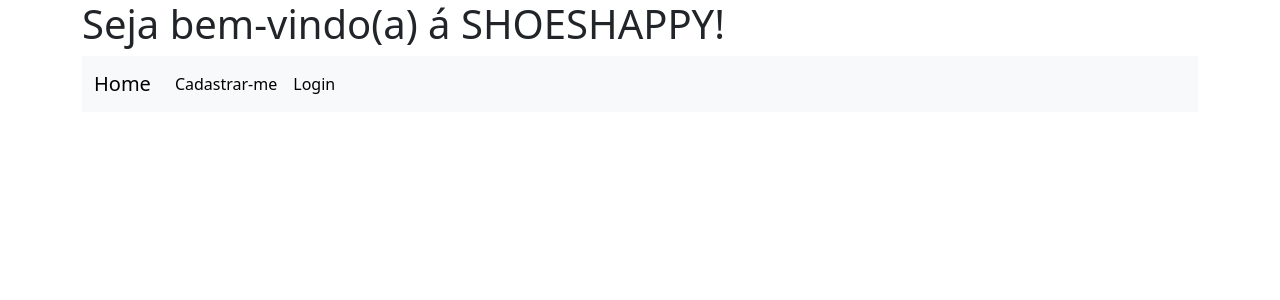
Repository: DianeMascarello/Uc09Senai
Page: http://localhost/SA3Uc09/
An editor plug-in stored every save of this project. The page is shown before and after the next save, followed by the edit.
The browser window is 1280 px wide. The pictures show the whole page.
The page is served by Tomcat 10. Other server files are loaded and not shown.

Above is the page before, as saved 2023-08-14 01:14:47.

### SA3Uc09/src/main/webapp/index.jsp
<%@ page language="java" contentType="text/html; charset=UTF-8"
	pageEncoding="UTF-8"%>
<!DOCTYPE html>
<html>
<head>
<meta charset="UTF-8">
<link>
<title>SHOESHAPPY</title>
<link
	href="https://cdn.jsdelivr.net/npm/bootstrap@5.3.1/dist/css/bootstrap.min.css"
	rel="stylesheet"
	integrity="sha384-4bw+/aepP/YC94hEpVNVgiZdgIC5+VKNBQNGCHeKRQN+PtmoHDEXuppvnDJzQIu9"
	crossorigin="anonymous">

</head>
<body>
	<div class="container">

		<h1>Seja bem-vindo(a) á SHOESHAPPY!</h1>
		<nav class="navbar navbar-expand-lg bg-body-tertiary">
			<div class="container-fluid">
				<a class="navbar-brand" href="index.jsp">Home</a>
				<button class="navbar-toggler" type="button"
					data-bs-toggle="collapse" data-bs-target="#navbarSupportedContent"
					aria-controls="navbarSupportedContent" aria-expanded="false"
					aria-label="Toggle navigation">
					<span class="navbar-toggler-icon"></span>
				</button>
				<div class="collapse navbar-collapse" id="navbarSupportedContent">
					<ul class="navbar-nav me-auto mb-2 mb-lg-0">
						<li class="nav-item"><a class="nav-link active"
							aria-current="page" href="#">Cadastrar-me</a></li>
						<li class="nav-item"><a class="nav-link active"
							aria-current="page" href="login.jsp">Login</a></li>
				</div>
			</div>
	</div>
	</nav>
	<script
		src="https://cdn.jsdelivr.net/npm/bootstrap@5.3.1/dist/js/bootstrap.bundle.min.js"
		integrity="sha384-HwwvtgBNo3bZJJLYd8oVXjrBZt8cqVSpeBNS5n7C8IVInixGAoxmnlMuBnhbgrkm"
		crossorigin="anonymous"></script>
</body>
</html>

After the next save:
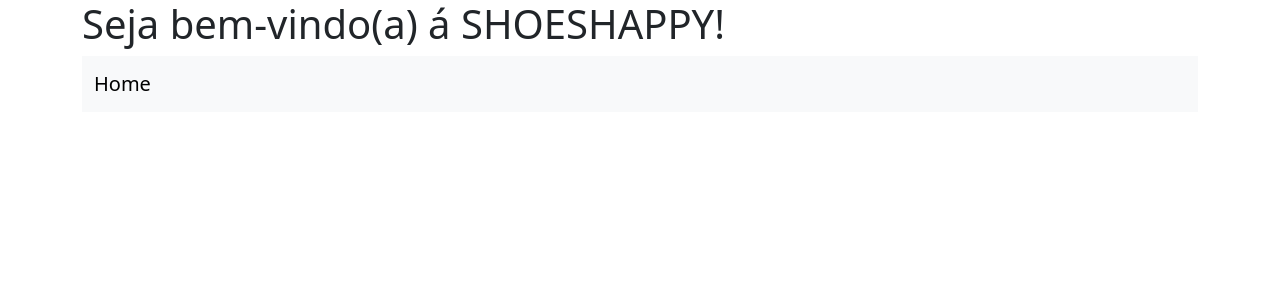
Saved 3 min 28 s later.
--- a/SA3Uc09/src/main/webapp/index.jsp
+++ b/SA3Uc09/src/main/webapp/index.jsp
@@ -26,16 +26,17 @@
 					aria-label="Toggle navigation">
 					<span class="navbar-toggler-icon"></span>
 				</button>
-				<div class="collapse navbar-collapse" id="navbarSupportedContent">
-					<ul class="navbar-nav me-auto mb-2 mb-lg-0">
-						<li class="nav-item"><a class="nav-link active"
-							aria-current="page" href="#">Cadastrar-me</a></li>
-						<li class="nav-item"><a class="nav-link active"
-							aria-current="page" href="login.jsp">Login</a></li>
-				</div>
 			</div>
+		</nav>
+		<div class="collapse navbar-collapse" id="navbarSupportedContent">
+			<ul class="navbar-nav me-auto mb-2 mb-lg-0">
+				<li class="nav-item"><a class="nav-link active"
+					aria-current="page" href="#">Cadastrar-me</a></li>
+				<li class="nav-item"><a class="nav-link active"
+					aria-current="page" href="login.jsp">Login</a></li>
+			</ul>
+		</div>
 	</div>
-	</nav>
 	<script
 		src="https://cdn.jsdelivr.net/npm/bootstrap@5.3.1/dist/js/bootstrap.bundle.min.js"
 		integrity="sha384-HwwvtgBNo3bZJJLYd8oVXjrBZt8cqVSpeBNS5n7C8IVInixGAoxmnlMuBnhbgrkm"
